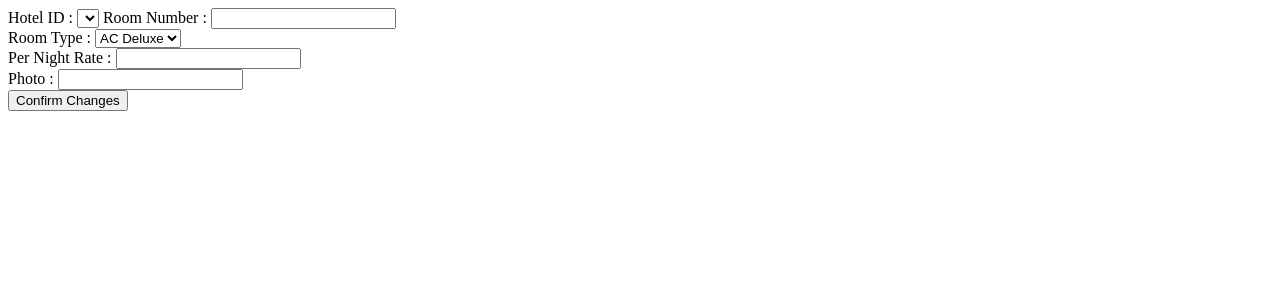
Repository: dishangjain/SpringProject
Page: http://localhost/HotelBookingManagementSystem/JSPs/AddNewRoom.jsp
An editor plug-in stored every save of this project. The page is shown before and after the next save, followed by the edit.
The browser window is 1280 px wide. The pictures show the whole page.
The page is served by Tomcat 9. Nobody is signed in. The application's start-up code is not run. Other server files are loaded and not shown. The template is opened directly, without the code that normally fills it, so the values that code supplies are empty.

Above is the page before, as saved 2017-10-14 11:45:52.

### HotelBookingManagementSystem/WebContent/JSPs/AddNewRoom.jsp
<%@ page language="java" contentType="text/html; charset=ISO-8859-1"
    pageEncoding="ISO-8859-1"%>

     <%@ taglib uri="http://java.sun.com/jsp/jstl/core" prefix="c"%>
        <%@ taglib uri="http://www.springframework.org/tags/form" prefix="form"%>
<!DOCTYPE html PUBLIC "-//W3C//DTD HTML 4.01 Transitional//EN" "http://www.w3.org/TR/html4/loose.dtd">
<html>
	<head>
		<meta http-equiv="Content-Type" content="text/html; charset=ISO-8859-1">
		<title>Add new Room</title>
	</head>
	<body>

		<form:form method="post" modelAttribute="roomBean"  action="insertRoom.do" >

			<label for="hotelID">Hotel ID :</label>
			<form:select name="hotelID" path="hotelID" id="hotelID">
					<c:forEach items="${ hotelList }" var="hotel">
						<option value="${hotel.hotelID }">${hotel.hotelName }</option>
					</c:forEach>
			</form:select>

			<label for="roomNumber">Room Number :</label>
		  		<form:input path="roomNumber" id="roomNumber" type="text"/><br/>

		  	<label for="roomType">Room Type :</label>
		  		<form:select path="roomType" id="roomType" >
		  			<form:option value="AC Deluxe">AC Deluxe</form:option>
		  			<form:option value="AC">AC</form:option>
		  			<form:option value="Non-AC">Non-AC</form:option>
		  		</form:select>
		  			<br/>

		  	<label for="perNightRate">Per Night Rate :</label>
		  		<form:input path="perNightRate" id="perNightRate" type="text"/><br/>

		  	<label for="photo">Photo :</label>
		  		<form:input path="photo" id="photo" type="text"/><br/>


			<input type="submit" value="Confirm Changes"/>

		</form:form>

	</body>
</html>

After the next save:
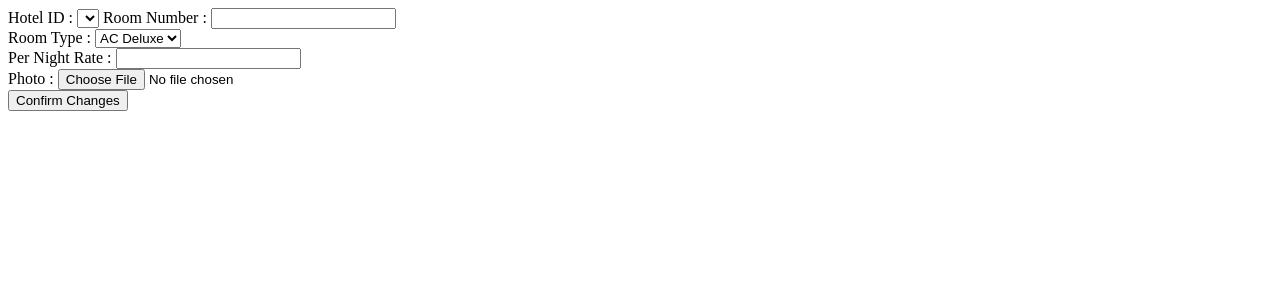
Saved 83 s later.
--- a/HotelBookingManagementSystem/WebContent/JSPs/AddNewRoom.jsp
+++ b/HotelBookingManagementSystem/WebContent/JSPs/AddNewRoom.jsp
@@ -35,7 +35,7 @@
 		  		<form:input path="perNightRate" id="perNightRate" type="text"/><br/>
 
 		  	<label for="photo">Photo :</label>
-		  		<form:input path="photo" id="photo" type="text"/><br/>
+		  		<form:input path="photo" id="photo" type="file"/><br/>
 
 
 			<input type="submit" value="Confirm Changes"/>
